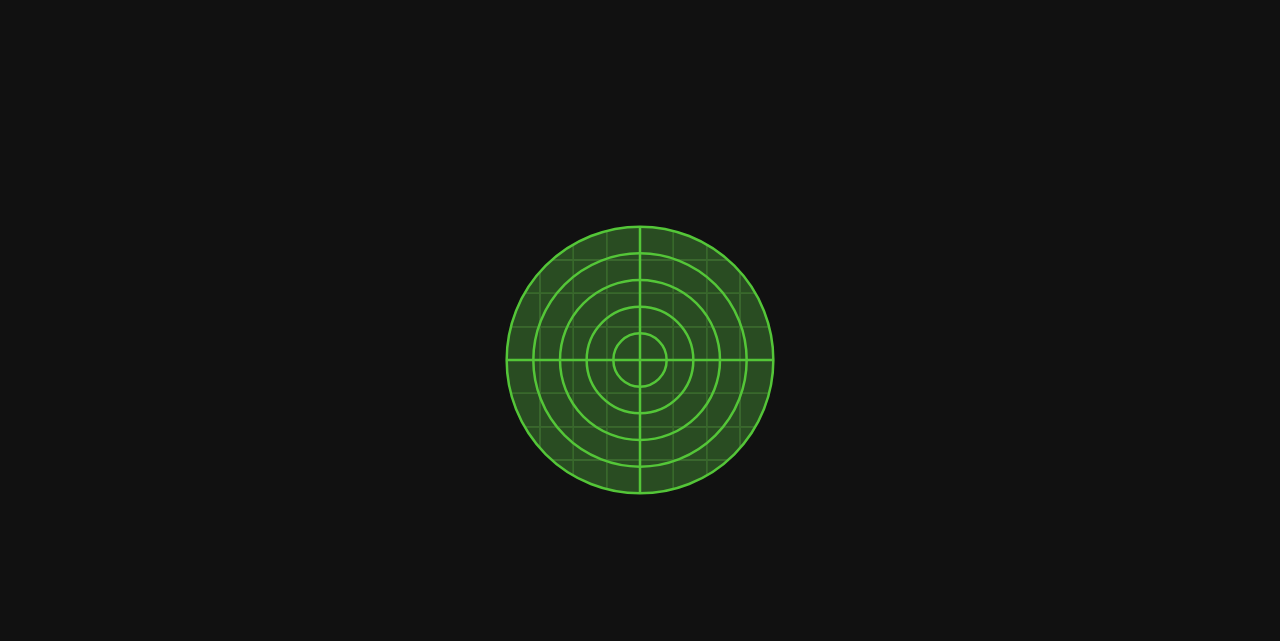
Repository: pedro-mancano/ProjetoCDM204
Page: scripts/radar.html
An editor plug-in stored every save of this project. The page is shown before and after the next save, followed by the edit.
The browser window is 1280 px wide. The pictures show the whole page.

Above is the page before, as saved 2024-11-27 08:44:08.

After the next save:
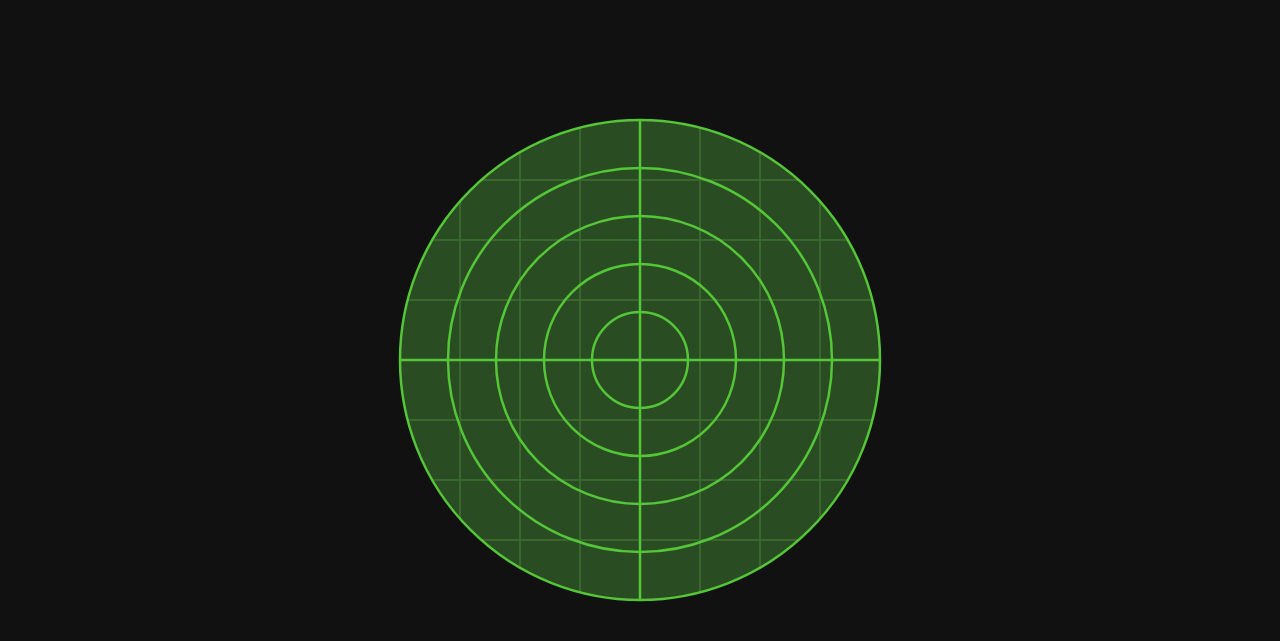
Saved 23 s later.
--- a/scripts/radar.js
+++ b/scripts/radar.js
@@ -1,6 +1,11 @@
 const canvas = document.getElementById('radarCanvas');
 const ctx = canvas.getContext('2d');
 let lastDraw = performance.now();
+
+size = Math.min(window.innerWidth, window.innerHeight);
+
+ctx.canvas.width = size;
+ctx.canvas.height = size;
 
 function draw(elapsed) {
   ctx.clearRect(0, 0, canvas.width, canvas.height);
